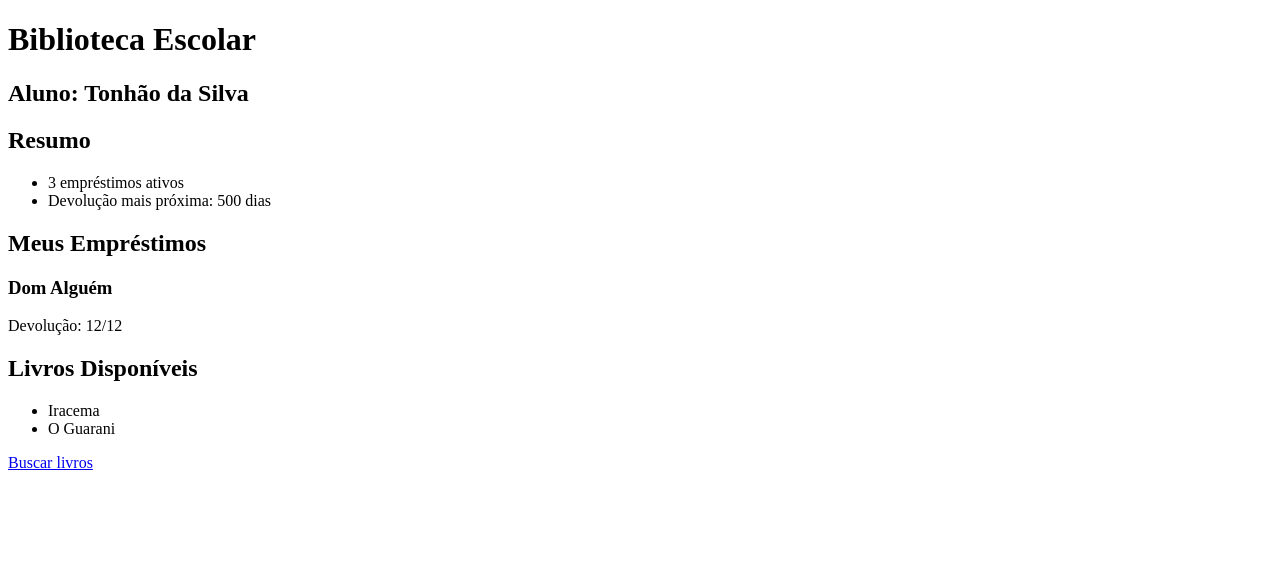
Repository: melloeduarda/html
Page: index.html
These files come from the project's save history. The page is drawn as it stood at one moment and after the next save; the edit follows.
The browser window is 1280 px wide. The pictures show the whole page.

Above is the page before, as saved 2026-10-28 16:35:11.

### index.html
<!DOCTYPE html>
<html lang="pt-br">
<head>
    <meta charset="UTF-8">
    <meta name="viewport" content="width=device-width, initial-scale=1.0">
    <title>Biblioteca Escolar</title>
    <link rel="stylesheet" href="estilo.css">
</head>
<body>

    <header>
        <h1>Biblioteca Escolar</h1>
        <h2>Aluno: Tonhão da Silva</h2>
    </header>

    <main>
        <h2>Resumo</h2>
        <ul>
            <li>3 empréstimos ativos</li>
            <li>Devolução mais próxima: 500 dias</li>
        </ul>

        <h2>Meus Empréstimos</h2>
        <div class="card">
            <h3>Dom Alguém</h3>
            <p>Devolução: 12/12</p>
        </div>

        <h2>Livros Disponíveis</h2>
        <ul>
            <li>Iracema</li>
            <li>O Guarani</li>
        </ul>

        <a class="botão" href="buscar.html">Buscar livros</a>
    </main>

</body>
</html>

### estilo.css
body {
    font-family: s;
    background-attachment: fixed;
}

After the next save:
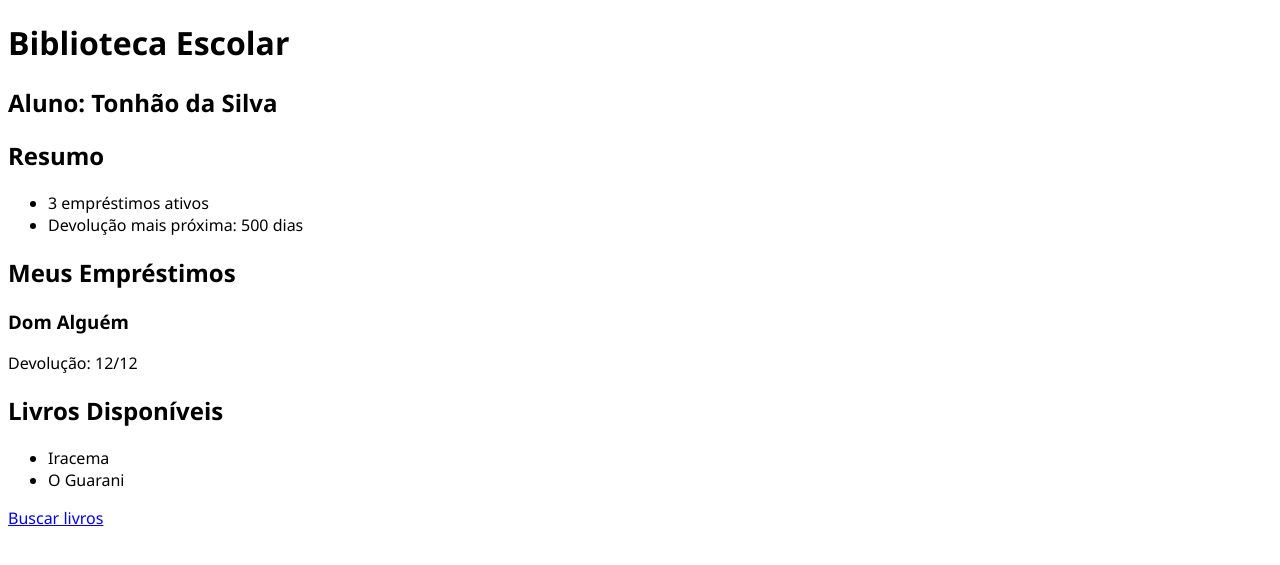
Saved 5 s later.
--- a/estilo.css
+++ b/estilo.css
@@ -1,4 +1,4 @@
 body {
-    font-family: s;
+    font-family: 'Segoe UI', Tahoma, Geneva, Verdana, sans-serif;
     background-attachment: fixed;
 }
